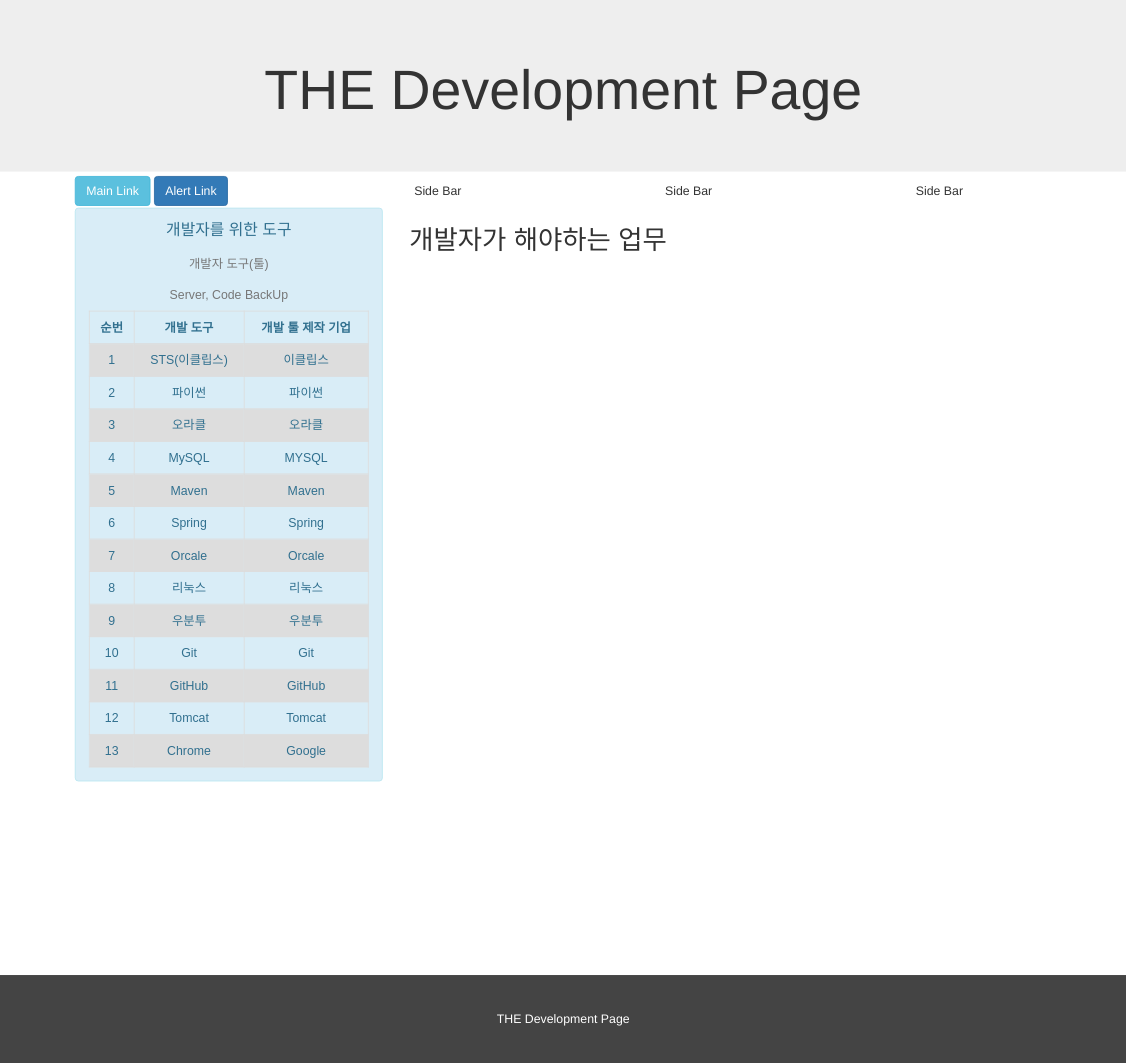
Repository: as2019a/spring
Page: http://localhost/ch19_project_mavenwebsite/WEB-INF/views/development.jsp
These files come from the project's save history. The page is drawn as it stood at one moment and after the next save; the edit follows.
The browser window is 1280 px wide. The pictures show the whole page, at 88% of full size.
Some web libraries are served in a nearby version. The page is served by Tomcat 9. Nobody is signed in. Other server files are loaded and not shown. The template is opened directly, without the code that normally fills it, so the values that code supplies are empty.

Above is the page before, as saved 2019-01-30 07:46:31.

### ch19_project_mavenwebsite/src/main/webapp/WEB-INF/views/development.jsp
<%@ page language="java" contentType="text/html; charset=UTF-8"
    pageEncoding="UTF-8"%>
<%@ taglib prefix="c" uri="http://java.sun.com/jsp/jstl/core" %>
<%@ taglib prefix="sec" uri="http://www.springframework.org/security/tags" %>
<!DOCTYPE html>
<html>
<head>
<meta charset="UTF-8">
<meta name="viewport"
 	  content="width=device-width, initial-scale=1">
<title>THE Development Page</title>
<link href="https://maxcdn.bootstrapcdn.com/bootstrap/3.3.2/css/bootstrap.min.css" rel="stylesheet">
<link rel="stylesheet" href="https://use.fontawesome.com/releases/v5.5.0/css/all.css">
<style type="text/css">
	.jumbotron{
			margin-bottom: 5px;
	}

	h5{
		text-align:center;
	}

	#sa:hover{
		color:fuchsia;
	}

	#sc:hover{
		color:orange;
	}

	#sf:hover{
		color:lime;
	}

	table {
	  font-family: arial, sans-serif;
	  border-collapse: collapse;
	  width: 100%;
	}

	td, th {
	  border: 1px solid #dddddd;
	  text-align:center;
	  padding: 8px;
	}

	tr:nth-child(even) {
	  background-color: #dddddd;
	}

	.footer{
		height: 100px;
		line-height: 100px;
		background-color: #444;
		color: white;
		text-align: center;
		margin-top: 200px;
	}

</style>
</head>
<body>
	<div class="jumbotron">
		<h1 class="text-center" style="">THE Development Page</h1>
	</div>
	<div class="container">
	  <div class="row">
	  	<div class="col-sm-12">
	  		<div class="col-sm-3">
	  			<a href="/main" type="button" class="btn btn-info">Main Link</a>
	  			<button type="button" class="btn btn-primary" onclick="alertsone()">
	  			Alert Link</button>
	  		</div>
	  		<div class="col-sm-3">
	  			<h5 id="sa">Side Bar</h5>
	  		</div>
	  		<div class="col-sm-3">
	  			<h5 id="sc">Side Bar</h5>
	  		</div>
	  		<div class="col-sm-3">
	  			<h5 id="sf">Side Bar</h5>
	  		</div>
	  	</div>
	    <div class="col-xs-12">
	    	<div class="col-xs-4">
	    		<div class="alert alert-info">
	    			<h4 style="font-size:large;text-align:center;">개발자를 위한 도구</h4>
	    			<table>
	    				<caption class="text-center">개발자 도구(툴)</caption>
	    				<caption class="text-center">Server, Code BackUp</caption>
	    				<thead>
	    					<tr>
	    						<th>순번</th>
	    						<th>개발 도구</th>
	    						<th>개발 툴 제작 기업</th>
	    					</tr>
	    					<tr>
	    						<td>1</td>
	    						<td>STS(이클립스)</td>
	    						<td>이클립스</td>
	    					</tr>
	    					<tr>
	    						<td>2</td>
	    						<td>파이썬</td>
	    						<td>파이썬</td>
	    					</tr>
	    					<tr>
	    						<td>3</td>
	    						<td>오라클</td>
	    						<td>오라클</td>
	    					</tr>
	    					<tr>
	    						<td>4</td>
	    						<td>MySQL</td>
	    						<td>MYSQL</td>
	    					</tr>
	    					<tr>
	    						<td>5</td>
	    						<td>Maven</td>
	    						<td>Maven</td>
	    					</tr>
	    					<tr>
	    						<td>6</td>
	    						<td>Spring</td>
	    						<td>Spring</td>
	    					</tr>
	    					<tr>
	    						<td>7</td>
	    						<td>Orcale</td>
	    						<td>Orcale</td>
	    					</tr>
	    					<tr>
	    						<td>8</td>
	    						<td>리눅스</td>
	    						<td>리눅스</td>
	    					</tr>
	    					<tr>
	    						<td>9</td>
	    						<td>우분투</td>
	    						<td>우분투</td>
	    					</tr>
	    					<tr>
	    						<td>10</td>
	    						<td>Git</td>
	    						<td>Git</td>
	    					</tr>
	    					<tr>
	    						<td>11</td>
	    						<td>GitHub</td>
	    						<td>GitHub</td>
	    					</tr>
	    					<tr>
	    						<td>12</td>
	    						<td>Tomcat</td>
	    						<td>Tomcat</td>
	    					</tr>
	    					<tr>
	    						<td>13</td>
	    						<td>Chrome</td>
	    						<td>Google</td>
	    					</tr>
	    				</thead>

	    			</table>
	    		</div>
	    	</div>
	    	<div class="col-xs-4">
	    		<h2>개발자가 해야하는 업무</h2>
	    	</div>
	    	<div class="col-xs-4">

	    	</div>
	    </div>
	  </div>
	</div>
	<div class="footer">
		<p class="text-center" style="">THE Development Page</p>
	</div>
	<script src="https://code.jquery.com/jquery-3.3.1.min.js"></script>
	<script src="https://maxcdn.bootstrapcdn.com/bootstrap/3.3.2/js/bootstrap.min.js"></script>
	<script type="text/javascript">

	</script>
</body>
</html>

After the next save:
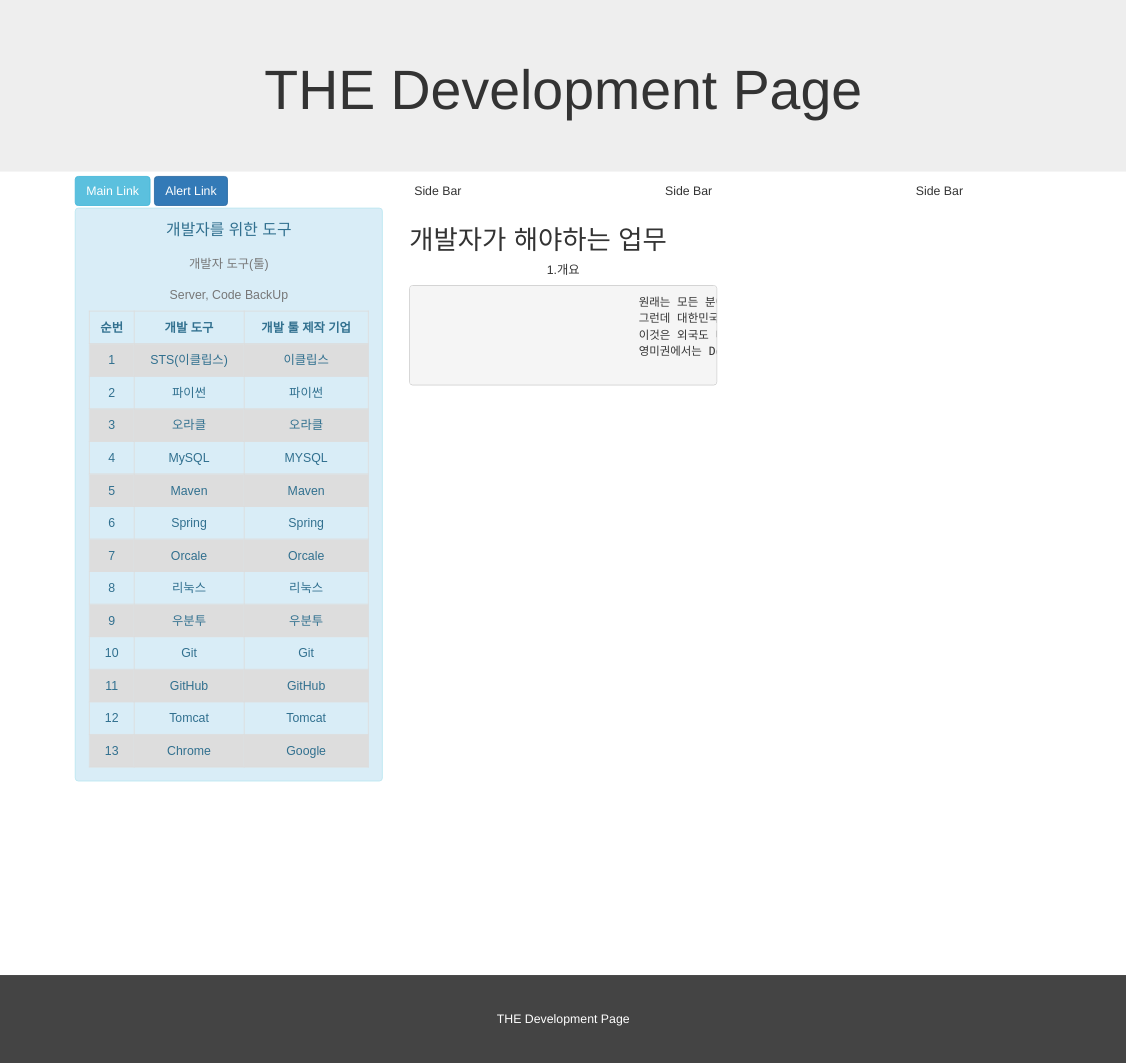
Saved 20 min 38 s later.
--- a/ch19_project_mavenwebsite/src/main/webapp/WEB-INF/views/development.jsp
+++ b/ch19_project_mavenwebsite/src/main/webapp/WEB-INF/views/development.jsp
@@ -166,6 +166,13 @@
 	    	</div>
 	    	<div class="col-xs-4">
 	    		<h2>개발자가 해야하는 업무</h2>
+	    		<h5>1.개요</h5>
+	    		<pre>
+	    			원래는 모든 분야의 개발에 대해 사용되는 용어다.
+	    			그런데 대한민국에서는 개발자라고 하면 주로 '소프트웨어 개발자'를 떠올리곤 한다.
+	    			이것은 외국도 마찬가지라서 위키백과에서 Developer를 검색해보면 Software Developer와 Game Developer가 나온다. Developer라는 용어가 사용되는 또 다른 중요한 분야인 부동산 개발 분야는 우리나라에서는 오히려 '디벨로퍼'라는 단어가 사용되고 있다.
+	    			영미권에서는 Developer 를 줄인 Dev라는 이름으로 불리는 일도 많다.
+	    		</pre>
 	    	</div>
 	    	<div class="col-xs-4">
 
